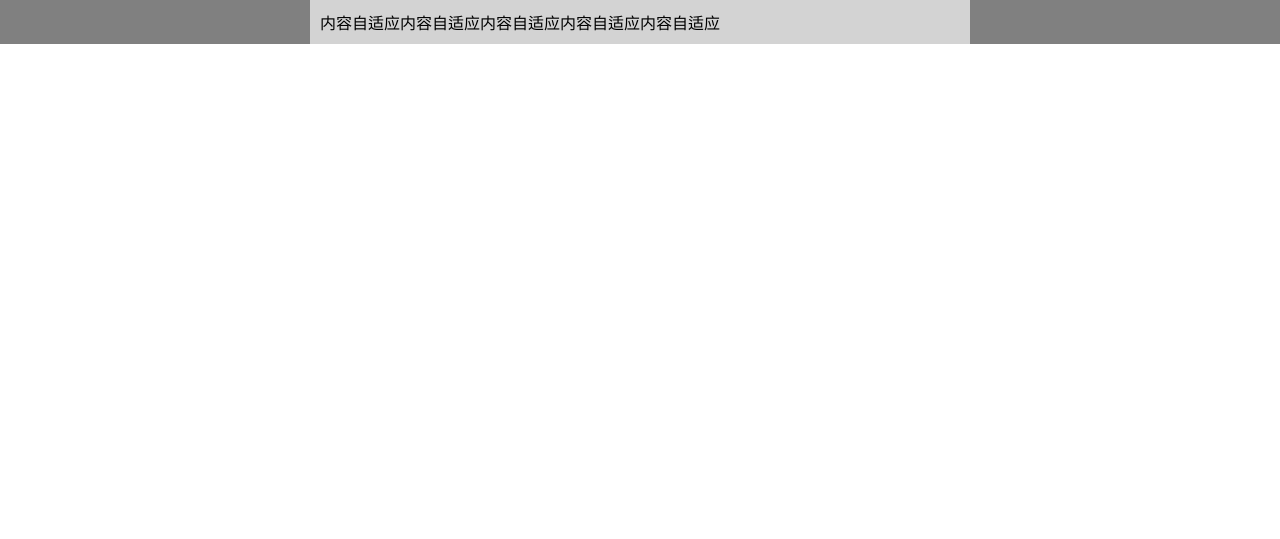
Repository: ArtemisWang/webpack
Page: src/demo20.html
These files come from the project's save history. The page is drawn as it stood at one moment and after the next save; the edit follows.
The browser window is 1280 px wide. The pictures show the whole page.

Above is the page before, as saved 2020-03-31 20:50:13.

### src/demo20.html
<!DOCTYPE html>
<html lang="en">
<head>
    <meta charset="UTF-8">
    <meta name="viewport" content="width=device-width, initial-scale=1.0">
    <title>Document</title>
    <style type="text/css" >
    .html,body{
        padding:0;
        margin:0;
        height:100%;
    }
    .father{
        display:flex;
        justify-content:center;
        align-items:center;
        height:100%;
        width: 100%;
        background-color:grey;
    }
    .child{
        background-color: lightgray;
        width:50%;
        padding:10px;
    }
    </style>
</head>
<body>
	<div class="father">
        <div class="child">
            内容自适应内容自适应内容自适应内容自适应内容自适应
        </div>
    </div>
</body>
</html>

After the next save:
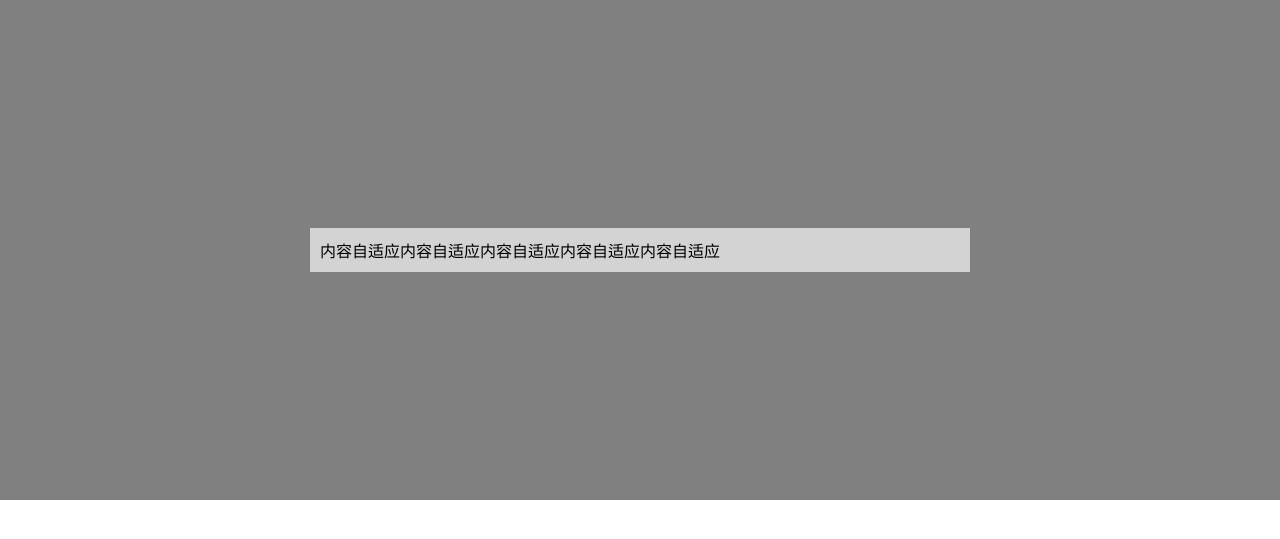
Saved 59 s later.
--- a/src/demo20.html
+++ b/src/demo20.html
@@ -14,7 +14,7 @@
         display:flex;
         justify-content:center;
         align-items:center;
-        height:100%;
+        height:500px;
         width: 100%;
         background-color:grey;
     }
